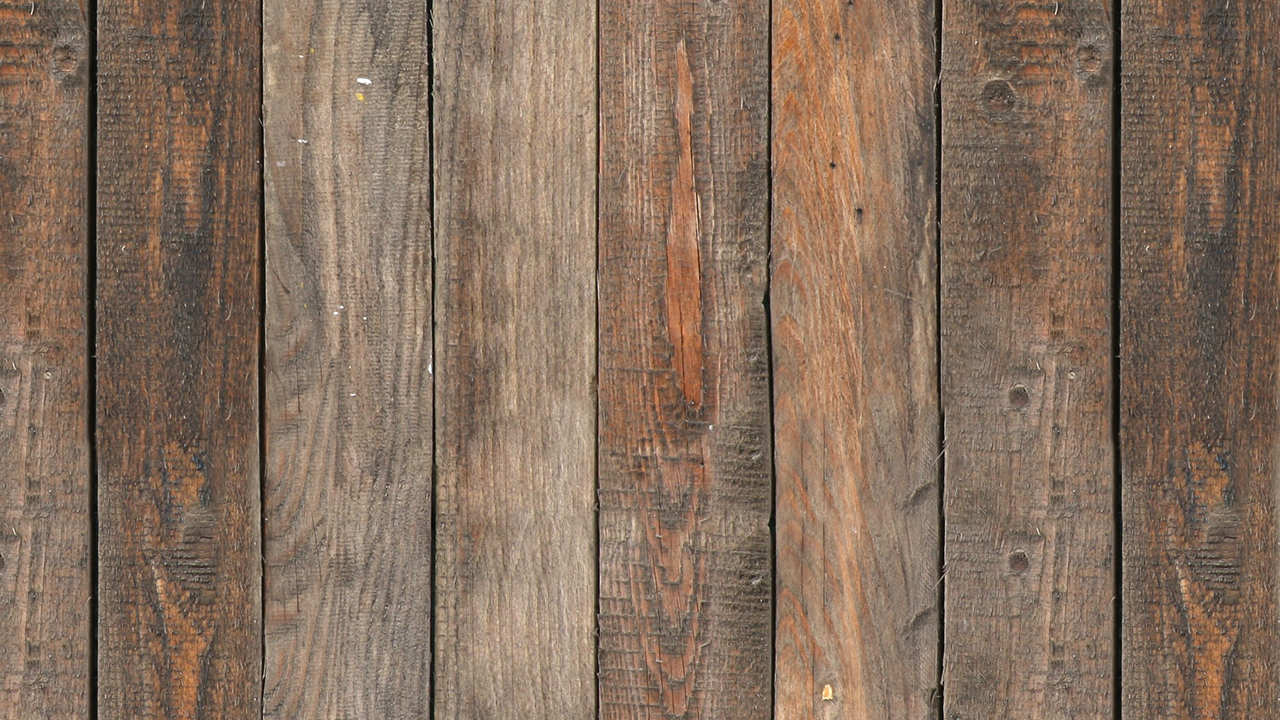
Repository: LindaOtt/1dv403-lo222hd-laborationer
Page: 5-pwd/index.html
The author's editor kept a record of every edit. The page is drawn from the files as they stood at one moment, then again after the next edit.
The browser window is 1280 px wide. The pictures show the whole page.

Above is the page before.
Console error: SyntaxError: Unexpected token '}'

### 5-pwd/index.html
<!DOCTYPE html>
<html lang="sv">
    <head>
        <meta charset="utf-8">
        <title>L05 Projekt - Linda Ott Olander WP14</title>
        <script type="text/javascript" src="script/project.js"></script>
        <link rel="stylesheet" type="text/css" href="css/style.css">
    </head>
    <body>
        <div id="desktop">
        </div>
    </body>
</html>

### 5-pwd/script/project.js
"use strict";

/* Skapar ett statiskt objekt */
var Desktop = {

    init: function() {
        //Sätt rätt storlek på webbläsarfönstret
        window.resizeTo(1024,640);

        //Skapar element till skrivbordet
        var desktopDiv = document.querySelector("#desktop");

        var menuDiv = document.createElement("div");
        menuDiv.id = "menu";
        desktopDiv.appendChild(menuDiv);

        var menuImg = document.createElement("img");
        menuImg.setAttribute("src","pics/icon.png");
        menuDiv.appendChild(menuImg);

        menuImg.addEventListener("click", function(){
            var galleryWindow = document.createElement("div");
            galleryWindow.id="gallery";
            var galleryIcon = document.createElement("img");

            var galleryTitleDiv = document.createElement("div");
            galleryTitleDiv.id = "gallerytitle";
            galleryWindow.appendChild(galleryTitleDiv);

            var galleryTitle = document.createTextNode("Image Viewer");
            galleryIcon.setAttribute("src","pics/icon.png");
            galleryIcon.id = "galleryicon";
            desktopDiv.appendChild(galleryWindow);



            var galleryCloseBtn = document.createElement("img");
            galleryCloseBtn.setAttribute("src","pics/close.png");
            galleryCloseBtn.id = "galleryclose";

            galleryTitleDiv.appendChild(galleryIcon);
            galleryTitleDiv.appendChild(galleryTitle);
            galleryTitleDiv.appendChild(galleryCloseBtn);

            var galleryContentDiv = document.createElement("div");
            galleryContentDiv.id = "gallerycontent";
            galleryWindow.appendChild(galleryContentDiv);

            var galleryContentH1 = document.createElement("H1");
            galleryContentDiv.appendChild(galleryContentH1);

            var galleryContentH1Text = document.createTextNode("Gallery");
            galleryContentH1.appendChild(galleryContentH1Text);

            //När fönstret är färdigladdat, hämta bilderna
            //Kollar att #gallerycontent har skapats
            var timerId = window.setTimeout(function() {
                var galleryContentDiv = document.getElementById("gallery");
                if (galleryContentDiv === null || galleryContentDiv === undefined) {
                    //Gör inget och låt loopen fortsätta
                    console.log("Inside timerId");
                }
                else {
                    console.log("Found");
                    Desktop.getImages();
                    clearTimeout(timerId);
                }
            }, 1000);

        }, false);

        //console.log("galleryCloseBtn: " + galleryCloseBtn);

        /*
        var galleryCloseBtn = document.querySelector("#galleryclose");
        galleryCloseBtn.addEventListener("click", function(){
            alert("Click!");
            var galleryNode = document.querySelector("gallery");
            galleryNode.parentNode.removeChild(galleryNode);
        });
        */



    },

    getImages: function() {

        var xhr = new XMLHttpRequest(); //skapat requestobjekt

        var response;

        var loadingAnim = document.createElement("img");
	    loadingAnim.setAttribute("src","pics/ajax-loader.gif");
	    loadingAnim.id = "loadinganim";

	    loadingAnim.className = "hide";

		xhr.onreadystatechange = function(){

		    loadingAnim.className = "";

		    var gallery = document.querySelector("#gallery");
		    gallery.appendChild(loadingAnim);

			if(xhr.readyState === 4 && xhr.status === 200) { //Allt ok med anropet och vi fick tillbaka statuskod 200
				response = JSON.parse(xhr.responseText);
				//Skriver ut bilderna i galleriet
				Desktop.writeImages(response);
				console.log("loadingAnim classname: " + loadingAnim.className);
				loadingAnim.className = "hide";
			}
			else {
			    //alert("Not working");
			}


		};

    	xhr.open("GET", "http://homepage.lnu.se/staff/tstjo/labbyServer/imgviewer/", true);

    	xhr.send(null);

        xhr.delete;

    },

    writeImages: function(response) {
        var galleryContentDiv = document.getElementById("gallerycontent");
        var i;
        var imgWidth = 0;
        var imgHeight = 0;

        for (i = 0; i < response.length; i++) {
            var imgBox = document.createElement("div");
            imgBox.className = "imgbox";
            galleryContentDiv.appendChild(imgBox);

            var img = document.createElement("img");
            img.id = "img-" + i;
            img.setAttribute("src",response[i].thumbURL);
            imgBox.appendChild(img);

            //Lagra bredden på den bredaste bilden
            if (response[i].thumbWidth > imgWidth) {
                imgWidth = response[i].thumbWidth;
            }

            //Lagrar höjden på den högsta bilden
            if (response[i].thumbHeight > imgHeight) {
                imgHeight = response[i].thumbHeight;
            }


        }

        //Skapar en eventlistener på hela galleriet
        document.getElementById("gallerycontent").addEventListener("click", function(e) {
        	// e.target är det klickade elementet
        	if(e.target && e.target.nodeName == "IMG") {
        		console.log("Bilden " + e.target.id + " är klickad!");
        		//Kolla om bilden som klickats är stängningsknappen
        		//eller om det är en del av galleriet
        		if (e.target.id === "galleryclose") {
        		    alert("Close window");
        		}
        		else {
        		    if (e.target.id)
        		}
        	}
        });



        //Sätt bredden på bilderna till den bredaste bilden
        //Och höjden på bilderna till den högsta bilden
        if ((imgWidth > 0) && (imgHeight > 0)) {
            imgWidth = imgWidth + "px";
            imgHeight = imgHeight + "px";
            var imgBoxes = document.querySelectorAll(".imgbox");

            for (var j = 0; j < imgBoxes.length; j++) {
                imgBoxes[j].style.width = imgWidth;
                imgBoxes[j].style.height = imgHeight;
            }
        }
    },

    changeBackground: function(url) {
        url = "url(" + url + ")";
        document.body.style.backgroundImage = url;
    }

};

window.onload = Desktop.init;

### 5-pwd/css/style.css
body {
    background-image: url(../pics/bg.jpg);
    margin: 0;
    padding: 0;
    font-family: Helvetica, Arial, sans-serif;
}

#menu {
    position: absolute;
    bottom: 0;
    width: 100%;
    margin: 0;
    box-shadow: inset 2px 2px 15px #211f20;
    background-image: url(../pics/bg.jpg);
}

#menu img {
    padding: 4px;
    padding-top: 6px;
    cursor: pointer;
}

#gallery {
    position: absolute;
    top: 20px;
    left:50px;
    width: 900px;
    height: 400px;
    border-radius:10px;
    background-color: white;
    box-shadow: 10px 10px 20px #575451;
    border: 2px solid #787873;
}

#gallerytitle {
    font-weight: bold;
    padding-bottom: 20px;
    display: block;
    width: 100%;
    height: 15px;
    background-color: black;
    color: white;
    border-top-left-radius: 10px;
    border-top-right-radius: 10px;
    vertical-align: top;
}

#galleryicon {
    width: 20px;
    height: 20px;
    padding: 6px;
    padding-right: 4px;
}

#galleryclose {
    position: absolute;
    right: 0px;
    cursor: pointer;
}

#gallerycontent {
    padding: 6px;
}

After the next edit:
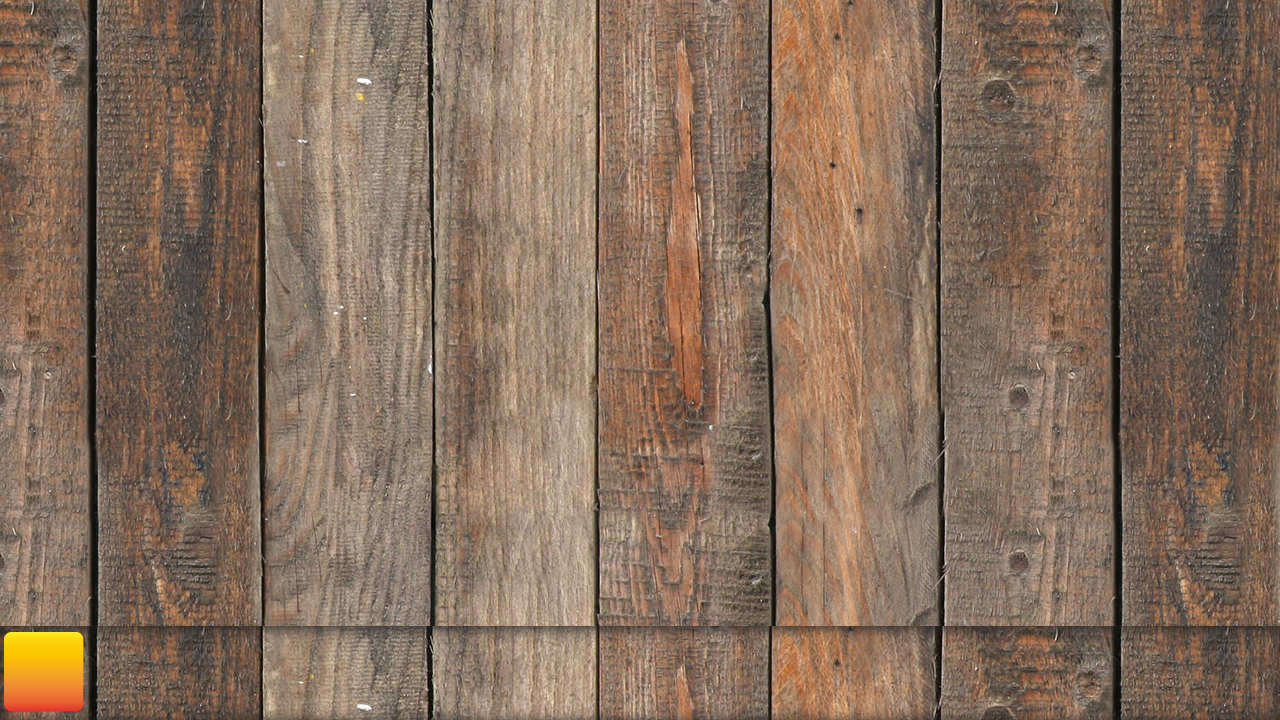
The error is gone.
The edit:
--- a/5-pwd/script/project.js
+++ b/5-pwd/script/project.js
@@ -165,7 +165,10 @@
         		    alert("Close window");
         		}
         		else {
-        		    if (e.target.id)
+        		    //Kollar om det som klickats är en bild i galleriet
+        		    if (e.target.id.indexOf("img") != -1) {
+
+        		    }
         		}
         	}
         });
